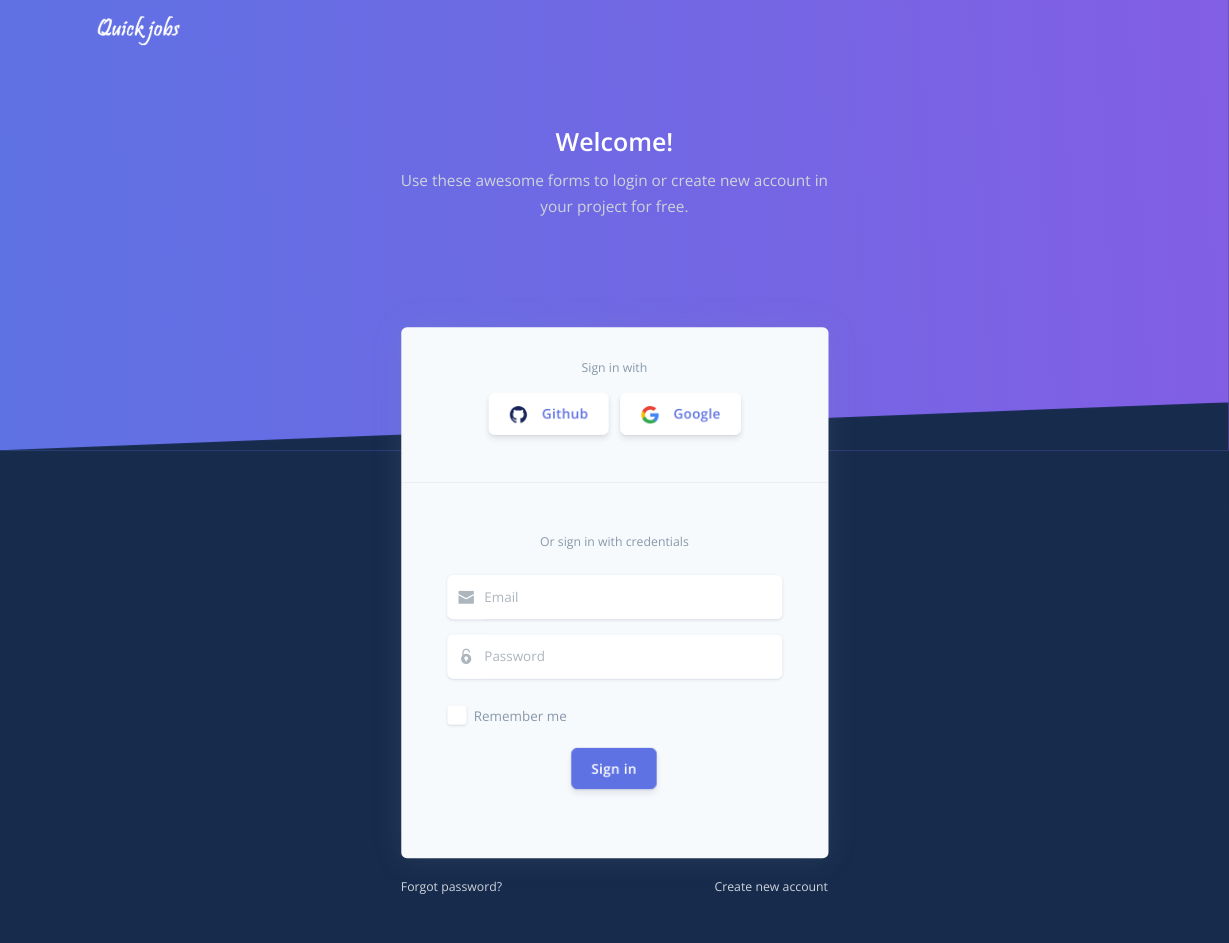
Repository: ROCKY-SAM/laravelAdmin
Page: http://localhost/login
The author's editor kept a copy of each file at every save. The page is drawn from the files as they stood at one save, then again after the next save.
The browser window is 1280 px wide. The pictures show the whole page, at 96% of full size.
The page is served by the project's Laravel application, run on PHP 8.4 with Laravel 8. Other server files are loaded and not shown.

Above is the page before, as saved 2018-11-18 09:17:10.

### resources/views/auth/login.blade.php
<!DOCTYPE html>
<html>

<head>
  <meta charset="utf-8">
  <meta name="viewport" content="width=device-width, initial-scale=1, shrink-to-fit=no">
  <meta name="description" content="Start your development with a Dashboard for Bootstrap 4.">
  <meta name="author" content="Creative Tim">
  <title>Quick Jobs</title>
  <!-- Favicon -->
  <link href="{{URL::asset('img/brand/favicon.png')}}" rel="icon" type="image/png">
  <!-- Fonts -->
  <link href="https://fonts.googleapis.com/css?family=Open+Sans:300,400,600,700" rel="stylesheet">
  <!-- Icons -->
  <link href="{{URL::asset('vendor/nucleo/css/nucleo.css')}}" rel="stylesheet">
  <link href="{{URL::asset('vendor/@fortawesome/fontawesome-free/css/all.min.css')}}" rel="stylesheet">
  <!-- Argon CSS -->
  <link type="text/css" href="{{URL::asset('css/argon.css?v=1.0.0')}}" rel="stylesheet">
</head>

<body class="bg-default">
  <div class="main-content">
    <!-- Navbar -->
    <nav class="navbar navbar-top navbar-horizontal navbar-expand-md navbar-dark">
      <div class="container px-4">
        <a class="navbar-brand" href="../index.html">
          <img src="{{URL::asset('img/brand/white.png')}}" />
        </a>
        <button class="navbar-toggler" type="button" data-toggle="collapse" data-target="#navbar-collapse-main" aria-controls="navbarSupportedContent" aria-expanded="false" aria-label="Toggle navigation">
          <span class="navbar-toggler-icon"></span>
        </button>
        <div class="collapse navbar-collapse" id="navbar-collapse-main">
          <!-- Collapse header -->
          <div class="navbar-collapse-header d-md-none">
            <div class="row">
              <div class="col-6 collapse-brand">
                <a href="../index.html">
                  <img src="{{URL::asset('img/brand/blue.png')}}">
                </a>
              </div>
              <div class="col-6 collapse-close">
                <button type="button" class="navbar-toggler" data-toggle="collapse" data-target="#navbar-collapse-main" aria-controls="sidenav-main" aria-expanded="false" aria-label="Toggle sidenav">
                  <span></span>
                  <span></span>
                </button>
              </div>
            </div>
          </div>
          <!-- Navbar items -->

        </div>
      </div>
    </nav>
    <!-- Header -->
    <div class="header bg-gradient-primary py-7 py-lg-8">
      <div class="container">
        <div class="header-body text-center mb-7">
          <div class="row justify-content-center">
            <div class="col-lg-5 col-md-6">
              <h1 class="text-white">Welcome!</h1>
              <p class="text-lead text-light">Use these awesome forms to login or create new account in your project for free.</p>
            </div>
          </div>
        </div>
      </div>
      <div class="separator separator-bottom separator-skew zindex-100">
        <svg x="0" y="0" viewBox="0 0 2560 100" preserveAspectRatio="none" version="1.1" xmlns="http://www.w3.org/2000/svg">
          <polygon class="fill-default" points="2560 0 2560 100 0 100"></polygon>
        </svg>
      </div>
    </div>
    <!-- Page content -->
    <div class="container mt--8 pb-5">
      <div class="row justify-content-center">
        <div class="col-lg-5 col-md-7">
          <div class="card bg-secondary shadow border-0">
            <div class="card-header bg-transparent pb-5">
              <div class="text-muted text-center mt-2 mb-3"><small>Sign in with</small></div>
              <div class="btn-wrapper text-center">
                <a href="#" class="btn btn-neutral btn-icon">
                  <span class="btn-inner--icon"><img src="{{URL::asset('img/icons/common/github.svg')}}"></span>
                  <span class="btn-inner--text">Github</span>
                </a>
                <a href="#" class="btn btn-neutral btn-icon">
                  <span class="btn-inner--icon"><img src="{{URL::asset('img/icons/common/google.svg')}}"></span>
                  <span class="btn-inner--text">Google</span>
                </a>
              </div>
            </div>
            <div class="card-body px-lg-5 py-lg-5">
              <div class="text-center text-muted mb-4">
                <small>Or sign in with credentials</small>
              </div>
              <form role="form">
                <div class="form-group mb-3">
                  <div class="input-group input-group-alternative">
                    <div class="input-group-prepend">
                      <span class="input-group-text"><i class="ni ni-email-83"></i></span>
                    </div>
                    <input class="form-control" placeholder="Email" type="email">
                  </div>
                </div>
                <div class="form-group">
                  <div class="input-group input-group-alternative">
                    <div class="input-group-prepend">
                      <span class="input-group-text"><i class="ni ni-lock-circle-open"></i></span>
                    </div>
                    <input class="form-control" placeholder="Password" type="password">
                  </div>
                </div>
                <div class="custom-control custom-control-alternative custom-checkbox">
                  <input class="custom-control-input" id=" customCheckLogin" type="checkbox">
                  <label class="custom-control-label" for=" customCheckLogin">
                    <span class="text-muted">Remember me</span>
                  </label>
                </div>
                <div class="text-center">
                  <button type="button" class="btn btn-primary my-4">Sign in</button>
                </div>
              </form>
            </div>
          </div>
          <div class="row mt-3">
            <div class="col-6">
              <a href="#" class="text-light"><small>Forgot password?</small></a>
            </div>
            <div class="col-6 text-right">
              <a href="#" class="text-light"><small>Create new account</small></a>
            </div>
          </div>
        </div>
      </div>
    </div>
  </div>
  <!-- Footer -->

  <!-- Argon Scripts -->
  <!-- Core -->
  <script src="{{URL::asset('vendor/jquery/dist/jquery.min.js')}}"></script>
  <script src="{{URL::asset('vendor/bootstrap/dist/js/bootstrap.bundle.min.js')}}"></script>
  <!-- Argon JS -->
  <script src="{{URL::asset('js/argon.js?v=1.0.0')}}"></script>
</body>

</html>

Loaded but not shown: routes/web.php (common file); app/Http/Controllers/Auth/LoginController.php (common file); app/Http/Controllers/Controller.php (common file); public/css/argon.css (library); public/img/icons/common/google.svg (17 lines, source omitted); public/img/icons/common/github.svg (12 lines, source omitted); public/js/argon.js (1063 lines, source omitted)

After the next save:
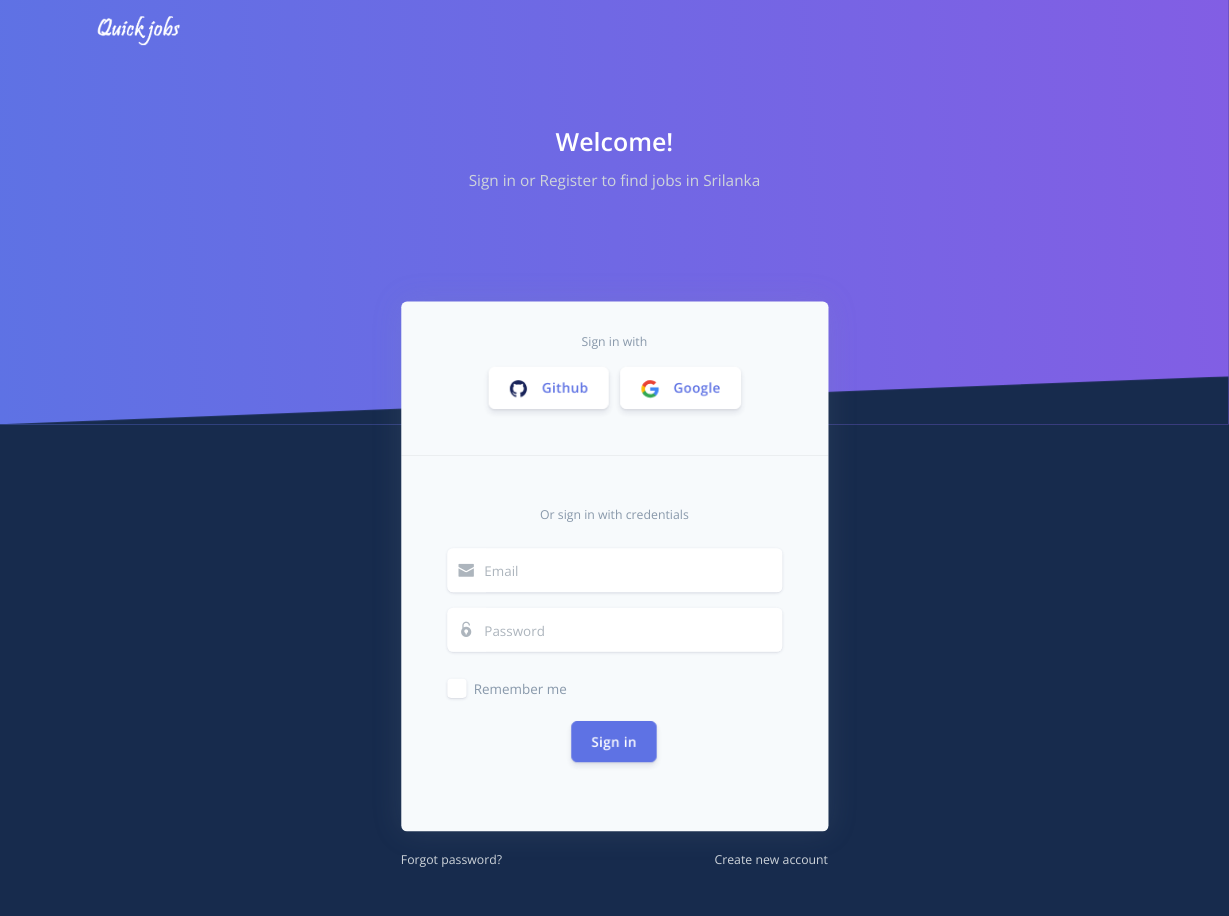
Saved 4 min 6 s later.
--- a/resources/views/auth/login.blade.php
+++ b/resources/views/auth/login.blade.php
@@ -58,7 +58,7 @@
           <div class="row justify-content-center">
             <div class="col-lg-5 col-md-6">
               <h1 class="text-white">Welcome!</h1>
-              <p class="text-lead text-light">Use these awesome forms to login or create new account in your project for free.</p>
+              <p class="text-lead text-light">Sign in or Register to find jobs in Srilanka</p>
             </div>
           </div>
         </div>
